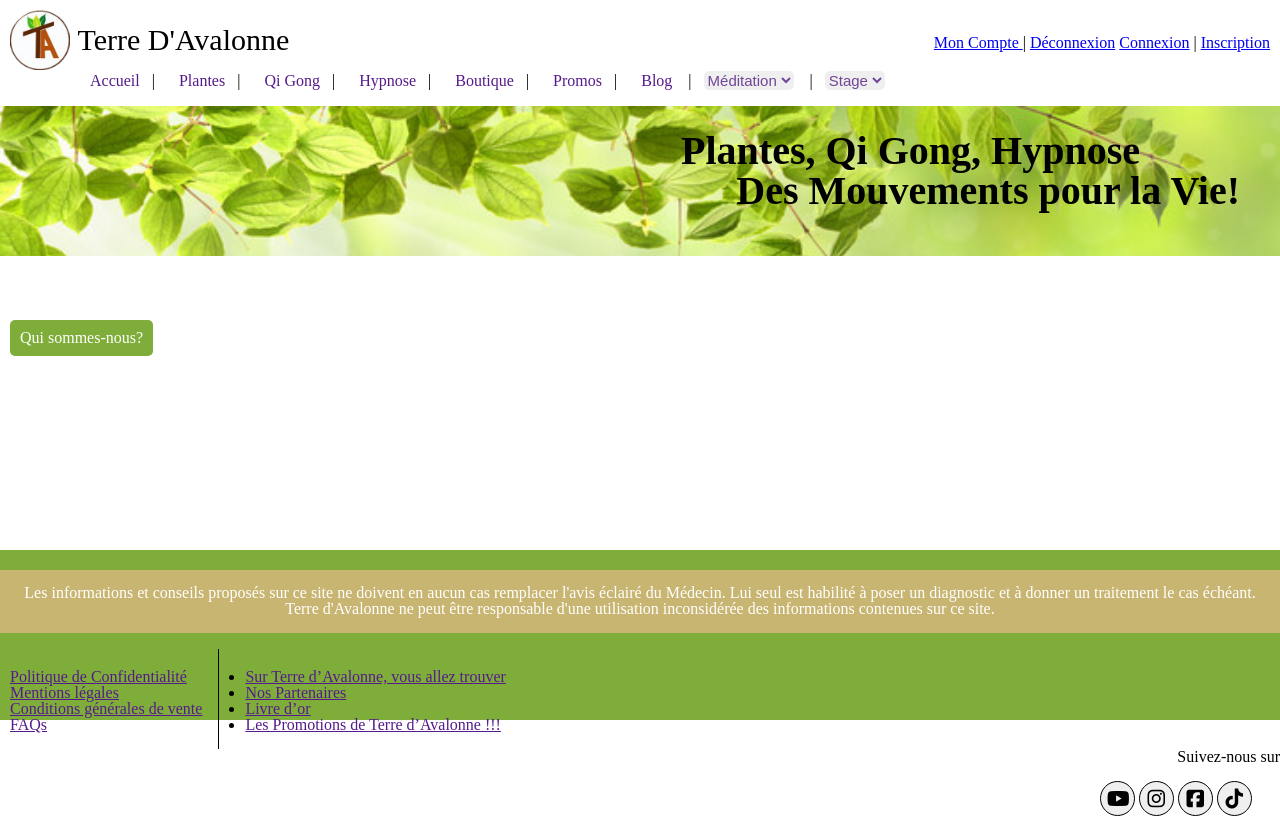
Repository: Michelhof1978/TerreDavalonne
Page: templates/base.html
An editor plug-in stored every save of this project. The page is shown before and after a run of saves, followed by the edit.
The browser window is 1280 px wide. The pictures show the whole page.
Some web fonts or font styles are not loaded; a fallback is used. Some web libraries are served in a nearby version.

Above is the page before, as saved 2022-05-04 16:10:20.

After the next 2 saves:
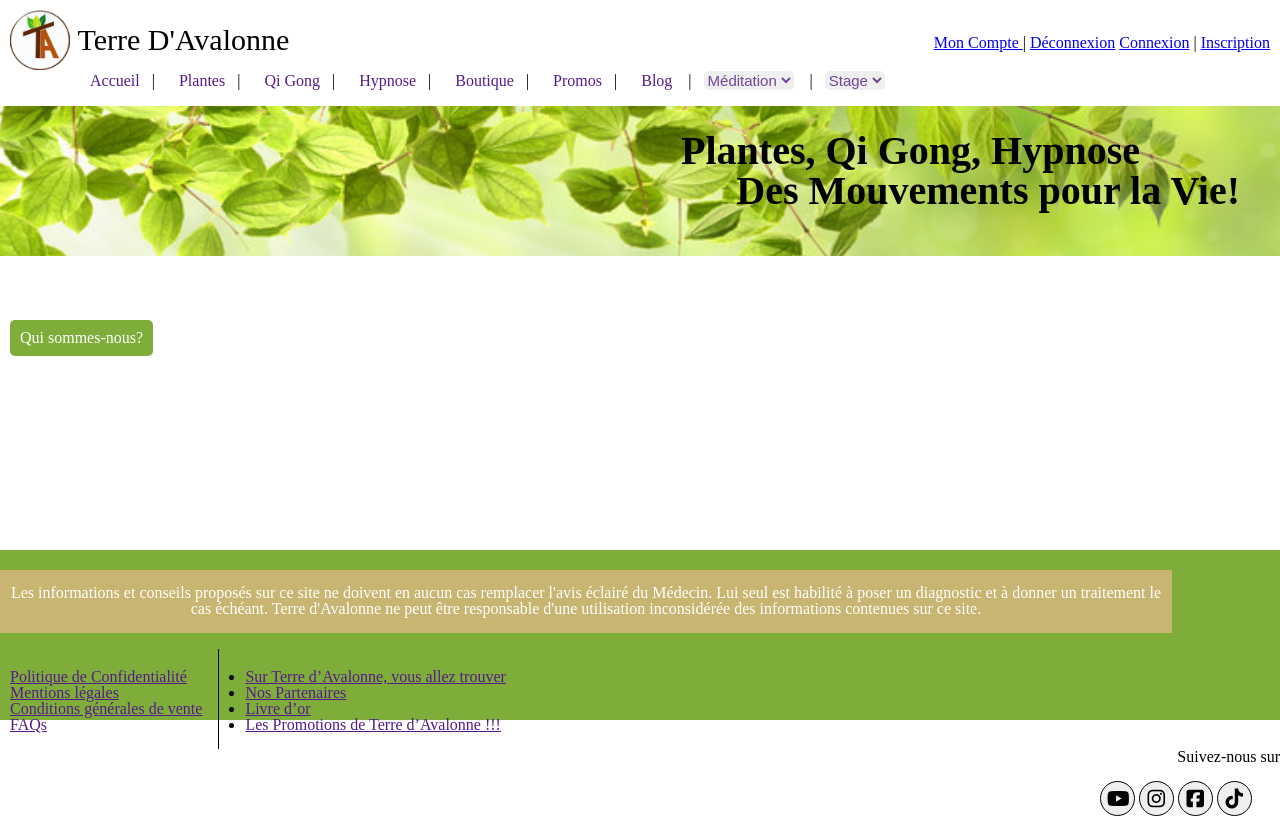
The 2 saves are shown as one change because they came seconds apart.
The last was saved 9 s later.
--- a/templates/base.html
+++ b/templates/base.html
@@ -279,7 +279,7 @@
 
   .warning{
     height: 3em;
-    width: ;
+    width: 90%;
     background-color: #C8B572 ;
     color: white;
     padding-top: 15px;
